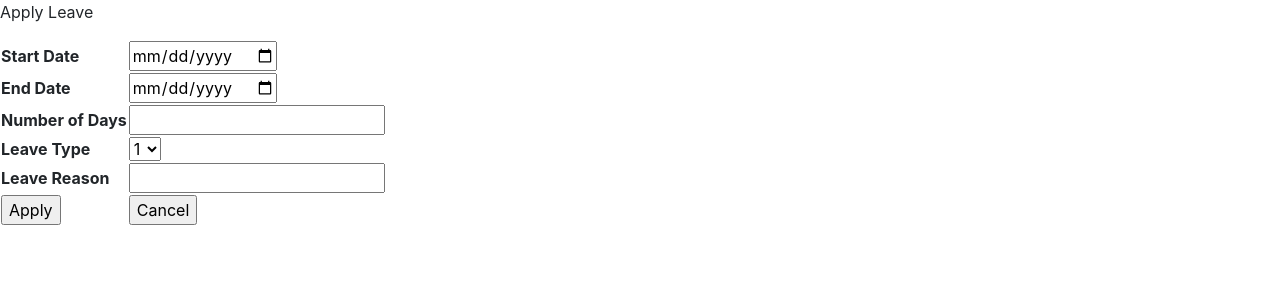
Repository: rkmr039/EMS_PROJECT
Page: http://localhost/EMS/ApplyLeaves.jsp
The author's editor kept a copy of each file at every save. The page is drawn from the files as they stood at one save, then again after the next save.
The browser window is 1280 px wide. The pictures show the whole page.
The page is served by Tomcat 9. Other server files are loaded and not shown.

Above is the page before, as saved 2019-08-27 06:30:26.
Console error: TypeError: Cannot read properties of undefined (reading 'fn')

### EMS/WebContent/ApplyLeaves.jsp
<%@ page language="java" contentType="text/html; charset=ISO-8859-1"
    pageEncoding="ISO-8859-1"%>
<!DOCTYPE html PUBLIC "-//W3C//DTD HTML 4.01 Transitional//EN" "http://www.w3.org/TR/html4/loose.dtd">
<html>
<head>
<link rel="stylesheet" href="https://stackpath.bootstrapcdn.com/bootstrap/4.3.1/css/bootstrap.min.css" integrity="sha384-ggOyR0iXCbMQv3Xipma34MD+dH/1fQ784/j6cY/iJTQUOhcWr7x9JvoRxT2MZw1T" crossorigin="anonymous">
<script src="https://stackpath.bootstrapcdn.com/bootstrap/4.3.1/js/bootstrap.min.js" integrity="sha384-JjSmVgyd0p3pXB1rRibZUAYoIIy6OrQ6VrjIEaFf/nJGzIxFDsf4x0xIM+B07jRM" crossorigin="anonymous"></script>

<meta http-equiv="Content-Type" content="text/html; charset=ISO-8859-1">
<title>Apply leave | EMS</title>
</head>
<body>
	<p id="page">Apply Leave</p>
	<form >
	<table>
		<tr>
			<th >Start Date</th>
			<td>
				<input data-format="dd/MM/yyyy" type='date' name="startDate"  />
            </td>

		</tr>
		<tr>
			<th>End Date</th>
			<td>
				<input data-format="dd/MM/yyyy" type='date' name="endDate"  />
            </td>
		</tr>
		<tr>
			<th>Number of Days</th>
			<td><input type="text" name="noDays"/></td>
		</tr>
		<tr>
			<th>Leave Type</th>
			<td>
				<select name="leaveType">
					<option>1</option>
					<option>2</option>
				</select>
			</td>
		</tr>
		<tr>
			<th>Leave Reason</th>
			<td><input type="text" name="leaveReason"/></td>
		</tr>
		<tr>
			<td><input type="submit" value="Apply" name="apply"/></td>
			<td><input type="submit" value="Cancel" name="cancel"/></td>
		</tr>
	</table>
	</form>

<script src="https://code.jquery.com/jquery-3.3.1.slim.min.js" integrity="sha384-q8i/X+965DzO0rT7abK41JStQIAqVgRVzpbzo5smXKp4YfRvH+8abtTE1Pi6jizo" crossorigin="anonymous"></script>
<script src="https://cdnjs.cloudflare.com/ajax/libs/popper.js/1.14.7/umd/popper.min.js" integrity="sha384-UO2eT0CpHqdSJQ6hJty5KVphtPhzWj9WO1clHTMGa3JDZwrnQq4sF86dIHNDz0W1" crossorigin="anonymous"></script>

</body>
</html>

After the next save:
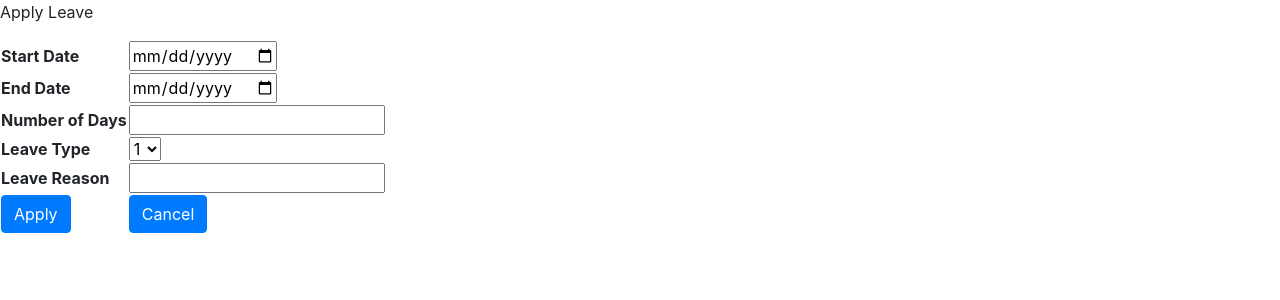
Saved 43 s later.
--- a/EMS/WebContent/ApplyLeaves.jsp
+++ b/EMS/WebContent/ApplyLeaves.jsp
@@ -44,8 +44,8 @@
 			<td><input type="text" name="leaveReason"/></td>
 		</tr>
 		<tr>
-			<td><input type="submit" value="Apply" name="apply"/></td>
-			<td><input type="submit" value="Cancel" name="cancel"/></td>
+			<td><input class="btn btn-primary" type="submit" value="Apply" name="apply"/></td>
+			<td><input class="btn btn-primary" type="submit" value="Cancel" name="cancel"/></td>
 		</tr>
 	</table>
 	</form>
